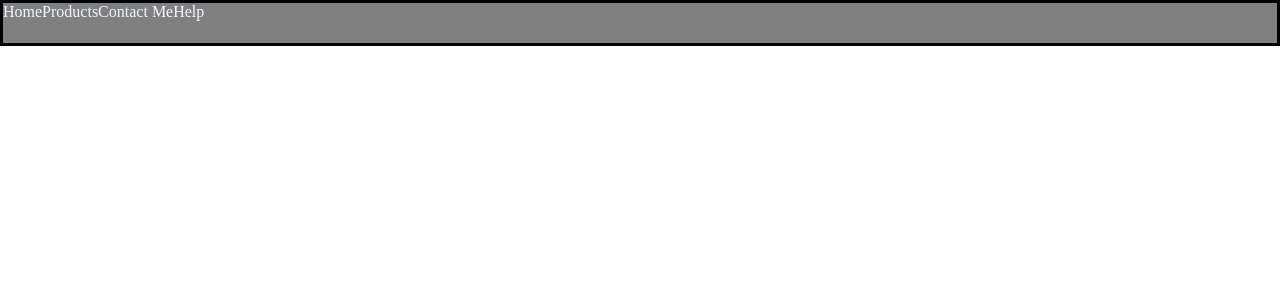
Repository: nihalani20/CSS-by-KG
Page: Practice set/Set-6/index.html
An editor plug-in stored every save of this project. The page is shown before and after a run of saves, followed by the edit.
The browser window is 1280 px wide. The pictures show the whole page.

Above is the page before, as saved 2023-11-27 15:36:32.

### Practice set/Set-6/index.html
<!DOCTYPE html>
<html lang="en">
<head>
    <meta charset="UTF-8">
    <meta name="viewport" content="width=device-width, initial-scale=1.0">
    <title>Practice level-6</title>
    <link rel="stylesheet" href="styles.css">
</head>
<body>
    <header >
        <nav id="container">
            <a  class = "item"href ="#">Home</a>
            <a class = "item" href="#">Products</a>
            <a class = "item" href="#">Contact Me</a>
            <a  class = "item"href="#">Help</a>
        </nav>
    </header>
</body>
</html>

### Practice set/Set-6/styles.css
*{
margin: 0;
   padding: 0;
}
nav a
{
   text-decoration: none;
   color:aliceblue;




}

#container{
   background-color:grey;
   height: 40px;
   border:solid
}

.item
{
   display: flex;
   float: left;
   flex-direction: row;
   justify-content: space-evenly;

}

After the next 3 saves:
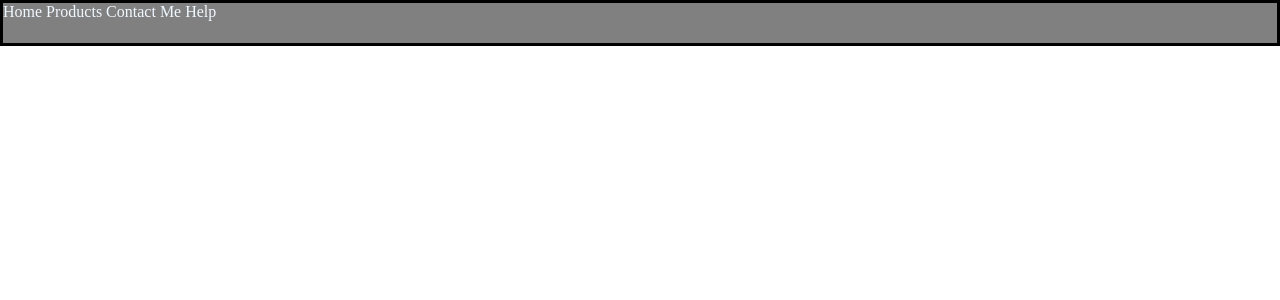
The 3 saves are shown as one change because they came seconds apart.
The last was saved 11 s later.
--- a/Practice set/Set-6/styles.css
+++ b/Practice set/Set-6/styles.css
@@ -20,9 +20,7 @@
 
 .item
 {
-   display: flex;
-   float: left;
-   flex-direction: row;
-   justify-content: space-evenly;
+
+
 
 }
